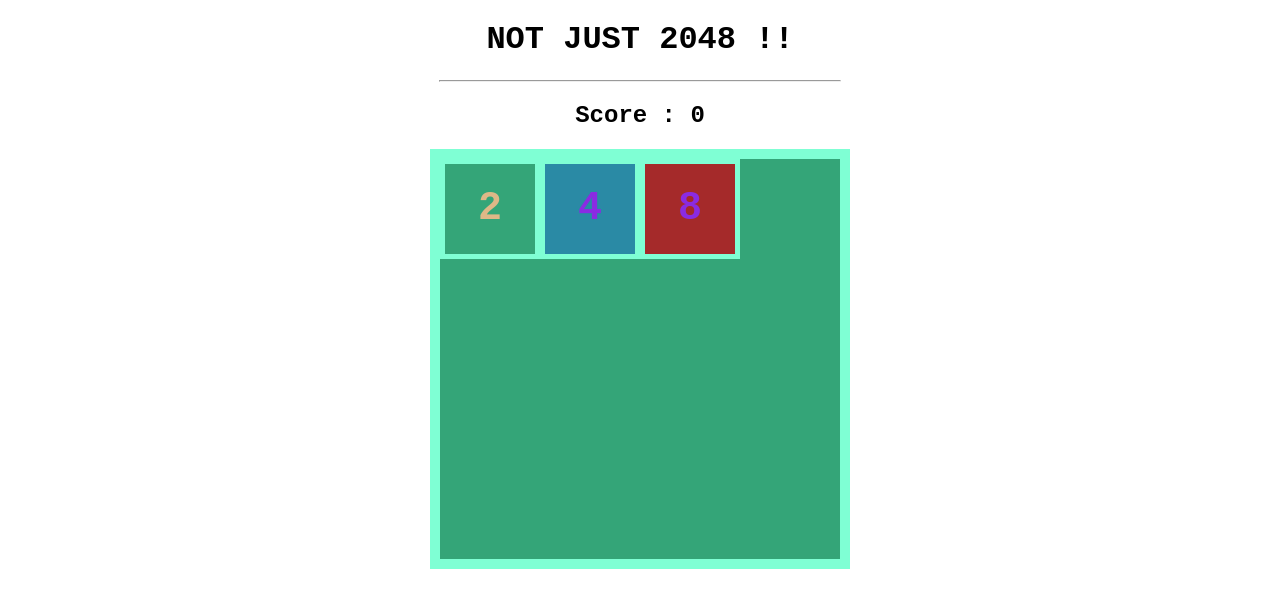
Repository: Prathamyadav1123/2048Game
Page: NotJust2048-main/2048.html
The author's editor kept a copy of each file at every save. The page is drawn from the files as they stood at one save, then again after the next save.
The browser window is 1280 px wide. The pictures show the whole page.

Above is the page before, as saved 2023-05-31 19:55:22.

After the next save:
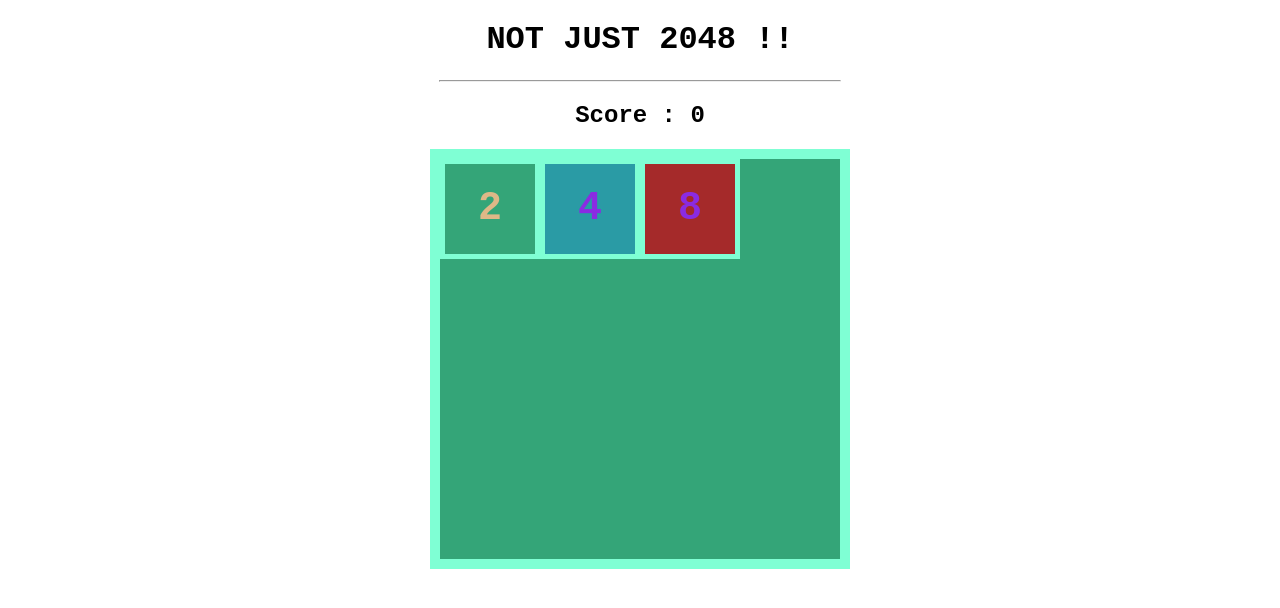
Saved 4 s later.
--- a/NotJust2048-main/2048.css
+++ b/NotJust2048-main/2048.css
@@ -26,7 +26,7 @@ hr{
     align-items: center;
 }
 .x2{
-    background-color: rgb(42, 138, 165);
+    background-color: rgb(42, 155, 165);
     color:blueviolet;
 }
 .x4{
